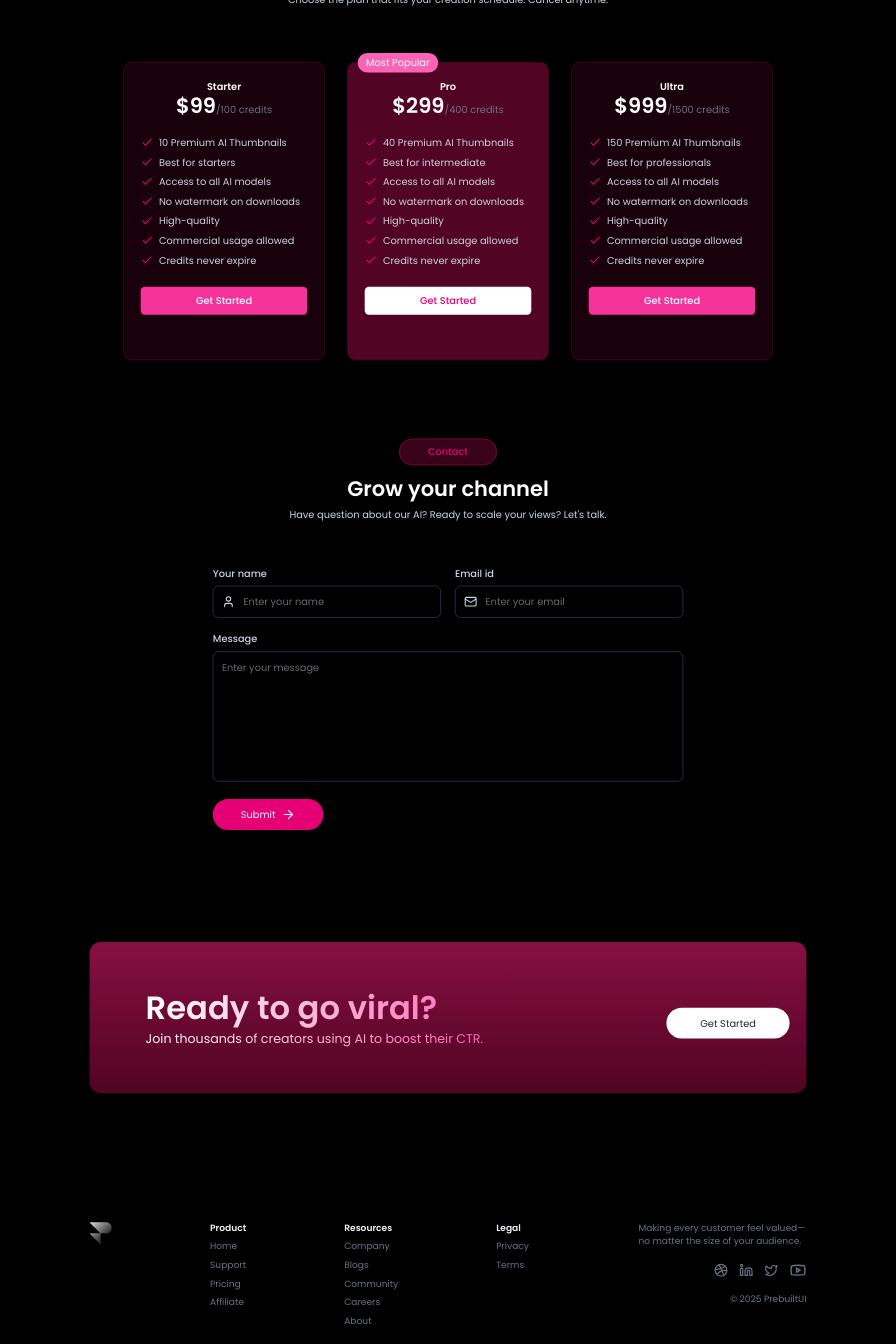
Repository: abhiraj33181/Thumblify
Page: / (app in client/)
An editor plug-in stored every save of this project. The page is shown before and after the next save, followed by the edit.
The browser window is 1280 px wide. The pictures show the part of the page from y = 3442 to 5362 px (the page is 5362 px tall), at 70% of full size.
The project was rebuilt for these pictures with package versions that can differ from the ones it lists, and the page was loaded fresh each time. Also part of the build but not shown: client/vite.config.ts.

Above is the page before, as saved 2026-01-08 10:05:27.

### client/index.html
<!doctype html>
<html lang="en">

<head>
    <meta charset="UTF-8" />
    <link rel="icon" href="/favicon.svg" type="image/x-icon" />
    <meta name="viewport" content="width=device-width, initial-scale=1.0" />
    <title>Thumblify - AI Thumbnail Generator</title>
</head>

<body>
    <div id="root"></div>
    <script type="module" src="/src/main.jsx"></script>
</body>

</html>

### client/src/main.tsx
import { createRoot } from 'react-dom/client'
import App from './App.js'
import { BrowserRouter } from 'react-router-dom'

createRoot(document.getElementById('root')!).render(
    <BrowserRouter>
        <App />
    </BrowserRouter>,
)

### client/src/App.tsx
import { Route, Routes } from "react-router-dom";
import HomePage from "./pages/HomePage";
import Navbar from "./components/Navbar";
import Footer from "./components/Footer";
import "./globals.css";
import LenisScroll from "./components/LenisScroll";

export default function App() {
    return (
        <>
            <LenisScroll />
            <Navbar />
            <Routes>
                <Route path="/" element={<HomePage />} />
            </Routes>
            <Footer />
        </>
    );
}

### client/src/pages/HomePage.tsx
import HeroSection from "../sections/HeroSection";
import FeaturesSection from "../sections/FeaturesSection";
import TestimonialSection from "../sections/TestimonialSection";
import PricingSection from "../sections/PricingSection";
import ContactSection from "../sections/ContactSection";
import CTASection from "../sections/CTASection";

export default function HomePage() {
    return (
        <>
            <HeroSection />
            <FeaturesSection />
            <TestimonialSection />
            <PricingSection />
            <ContactSection />
            <CTASection />
        </>
    );
}

### client/src/globals.css
@import url('https://fonts.googleapis.com/css2?family=Poppins:ital,wght@0,100;0,200;0,300;0,400;0,500;0,600;0,700;0,800;0,900;1,100;1,200;1,300;1,400;1,500;1,600;1,700;1,800;1,900&display=swap');
@import "tailwindcss";

@theme {
    --font-poppins: "Poppins", sans-serif;
}

body {
    @apply bg-black text-white text-sm antialiased font-poppins;
}

body::selection {
    @apply bg-pink-600 text-white;
}

button {
    @apply cursor-pointer;
}

.move-gradient {
    background-image: linear-gradient(to right, var(--color-pink-500), var(--color-pink-300));
    background-size: 200% 100%;
    animation: movegradient 5s infinite;
}

@keyframes movegradient {
    0% {
        background-position: 0% 50%;
    }
    50% {
        background-position: 100% 50%;
    }
    100% {
        background-position: 0% 50%;
    }
}

### client/src/components/LenisScroll.tsx
import { useEffect } from "react";
import Lenis from "lenis";

export default function LenisScroll() {
    useEffect(() => {
        const lenis = new Lenis({
            duration: 1.2,
            smoothWheel: true,
            anchors: {
                offset: -100,
            },
        });

        const raf = (time: number) => {
            lenis.raf(time);
            requestAnimationFrame(raf);
        };

        requestAnimationFrame(raf);

        return () => {
            lenis.destroy();
        };
    }, []);

    return null;
}

### client/src/sections/TestimonialSection.tsx
import SectionTitle from "../components/SectionTitle";
import TestimonialCard from "../components/TestimonialCard";
import { testimonialsData } from "../data/testimonial";
import type { ITestimonial } from "../types";
import Marquee from "react-fast-marquee";

export default function TestimonialSection() {
    return (
        <div id="testimonials" className="px-4 md:px-16 lg:px-24 xl:px-32">
            <SectionTitle text1="Testimonials" text2="Loved by creator" text3="See how our AI thumbnails are helping channels explode their views." />

            <Marquee className="max-w-5xl mx-auto mt-11" gradient={true} speed={25} gradientColor="#000">
                <div className="flex items-center justify-center py-5 overflow-hidden">
                    {[...testimonialsData, ...testimonialsData].map((testimonial: ITestimonial, index: number) => (
                        <TestimonialCard key={index} index={index} testimonial={testimonial} />
                    ))}
                </div>
            </Marquee>
            <Marquee className="max-w-5xl mx-auto" gradient={true} speed={25} direction="right" gradientColor="#000">
                <div className="flex items-center justify-center py-5 overflow-hidden">
                    {[...testimonialsData, ...testimonialsData].map((testimonial: ITestimonial, index: number) => (
                        <TestimonialCard key={index} index={index} testimonial={testimonial} />
                    ))}
                </div>
            </Marquee>

        </div>
    );
}

### client/src/sections/PricingSection.tsx
'use client'
import SectionTitle from "../components/SectionTitle"
import { pricingData } from "../data/pricing";
import type { IPricing } from "../types";
import { CheckIcon } from "lucide-react";
import { motion } from "motion/react";

export default function PricingSection() {
    return (
        <div id="pricing" className="px-4 md:px-16 lg:px-24 xl:px-32">
            <SectionTitle text1="Pricing" text2="Simple Pricing" text3="Choose the plan that fits your creation schedule. Cancel anytime." />

            <div className="flex flex-wrap items-center justify-center gap-8 mt-20">
                {pricingData.map((plan: IPricing, index: number) => (
                    <motion.div key={index} className={`w-72 text-center border border-pink-950 p-6 pb-16 rounded-xl ${plan.mostPopular ? 'bg-pink-950 relative' : 'bg-pink-950/30'}`}
                        initial={{ y: 150, opacity: 0 }}
                        whileInView={{ y: 0, opacity: 1 }}
                        viewport={{ once: true }}
                        transition={{ delay: index * 0.15, type: "spring", stiffness: 320, damping: 70, mass: 1 }}
                    >
                        {plan.mostPopular && (
                            <p className="absolute px-3 text-sm -top-3.5 left-3.5 py-1 bg-pink-400 rounded-full">Most Popular</p>
                        )}
                        <p className="font-semibold">{plan.name}</p>
                        <h1 className="text-3xl font-semibold">${plan.price}<span className="text-gray-500 font-normal text-sm">/{plan.credits} credits</span></h1>
                        <ul className="list-none text-slate-300 mt-6 space-y-2">
                            {plan.features.map((feature, index) => (
                                <li key={index} className="flex items-center gap-2">
                                    <CheckIcon className="size-4.5 text-pink-600" />
                                    <p>{feature}</p>
                                </li>
                            ))}
                        </ul>
                        <button type="button" className={`w-full py-2.5 rounded-md font-medium mt-7 transition-all ${plan.mostPopular ? 'bg-white text-pink-600 hover:bg-slate-200' : 'bg-pink-500 hover:bg-pink-600'}`}>
                            Get Started
                        </button>
                    </motion.div>
                ))}
            </div>
        </div>
    );
}

### client/src/sections/CTASection.tsx
'use client'
import { motion } from "motion/react";

export default function CTASection() {
    return (
        <motion.div className="max-w-5xl py-16 mt-40 md:pl-20 md:w-full max-md:mx-4 md:mx-auto flex flex-col md:flex-row max-md:gap-6 items-center justify-between text-left bg-linear-to-b from-pink-900 to-pink-950 rounded-2xl p-6 text-white"
            initial={{ y: 150, opacity: 0 }}
            whileInView={{ y: 0, opacity: 1 }}
            viewport={{ once: true }}
            transition={{ type: "spring", stiffness: 320, damping: 70, mass: 1 }}
        >
            <div>
                <motion.h1 className="text-4xl md:text-[46px] md:leading-15 font-semibold bg-linear-to-r from-white to-pink-400 text-transparent bg-clip-text"
                    initial={{ y: 80, opacity: 0 }}
                    whileInView={{ y: 0, opacity: 1 }}
                    viewport={{ once: true }}
                    transition={{ type: "spring", stiffness: 280, damping: 70, mass: 1 }}
                >
                    Ready to go viral?
                </motion.h1>
                <motion.p className="bg-linear-to-r from-white to-pink-400 text-transparent bg-clip-text text-lg"
                    initial={{ y: 80, opacity: 0 }}
                    whileInView={{ y: 0, opacity: 1 }}
                    viewport={{ once: true }}
                    transition={{ type: "spring", stiffness: 200, damping: 70, mass: 1 }}
                >
                    Join thousands of creators using AI to boost their CTR.
                </motion.p>
            </div>
            <motion.button className="px-12 py-3 text-slate-800 bg-white hover:bg-slate-200 rounded-full text-sm mt-4"
                initial={{ y: 80, opacity: 0 }}
                whileInView={{ y: 0, opacity: 1 }}
                viewport={{ once: true }}
                transition={{ type: "spring", stiffness: 280, damping: 70, mass: 1 }}
            >
                Get Started
            </motion.button>
        </motion.div>
    );
}

### client/src/data/footer.ts
import type { IFooter } from "../types";

export const footerData: IFooter[] = [
    {
        title: "Product",
        links: [
            { name: "Home", href: "#" },
            { name: "Support", href: "#support" },
            { name: "Pricing", href: "#pricing" },
            { name: "Affiliate", href: "#affiliate" },
        ]
    },
    {
        title: "Resources",
        links: [
            { name: "Company", href: "#company" },
            { name: "Blogs", href: "#blogs" },
            { name: "Community", href: "#community" },
            { name: "Careers", href: "#careers" },
            { name: "About", href: "#about" },
        ]
    },
    {
        title: "Legal",
        links: [
            { name: "Privacy", href: "#privacy" },
            { name: "Terms", href: "#terms" },
        ]
    }
];

### client/src/components/TiltImage.tsx
import { useRef, useState } from 'react';
import { motion, useMotionValue, useSpring } from 'motion/react';

const springValues = {
    damping: 30,
    stiffness: 100,
    mass: 2
};

export default function TiltedImage({ rotateAmplitude = 3, }) {
    const ref = useRef<HTMLDivElement>(null);
    const x = useMotionValue(0);
    const y = useMotionValue(0);
    const rotateX = useSpring(useMotionValue(0), springValues);
    const rotateY = useSpring(useMotionValue(0), springValues);
    const rotateFigcaption = useSpring(0, { stiffness: 350, damping: 30, mass: 1 });

    const [lastY, setLastY] = useState(0);

    function handleMouse(e: any) {
        if (!ref.current) return;

        const rect = ref.current.getBoundingClientRect();
        const offsetX = e.clientX - rect.left - rect.width / 2;
        const offsetY = e.clientY - rect.top - rect.height / 2;

        const rotationX = (offsetY / (rect.height / 2)) * -rotateAmplitude;
        const rotationY = (offsetX / (rect.width / 2)) * rotateAmplitude;

        rotateX.set(rotationX);
        rotateY.set(rotationY);

        x.set(e.clientX - rect.left);
        y.set(e.clientY - rect.top);

        const velocityY = offsetY - lastY;
        rotateFigcaption.set(-velocityY * 0.6);
        setLastY(offsetY);
    }

    function handleMouseLeave() {
        rotateX.set(0);
        rotateY.set(0);
        rotateFigcaption.set(0);
    }

    return (
        <motion.figure ref={ref} className="relative w-full h-full perspective-midrange mt-16 max-w-4xl mx-auto flex flex-col items-center justify-center" onMouseMove={handleMouse} onMouseLeave={handleMouseLeave}
            initial={{ y: 150, opacity: 0 }}
            whileInView={{ y: 0, opacity: 1 }}
            viewport={{ once: true }}
            transition={{ type: "spring", stiffness: 320, damping: 70, mass: 1 }}
        >
            <motion.div className="relative transform-3d w-full max-w-4xl" style={{ rotateX, rotateY }} >
                <motion.img src="/hero_img.png"
                    className="borderb bg-linear-180 from-pink-500 to transparent p-1 w-full rounded-[15px] will-change-transform transform-[translateZ(0)]"
                    alt="hero section showcase"
                />
            </motion.div>
        </motion.figure>
    );
}

### client/src/components/SectionTitle.tsx
import type { SectionTitleProps } from "../types";
import { motion } from "motion/react";

export default function SectionTitle({ text1, text2, text3 }: SectionTitleProps) {
    return (
        <>
            <motion.p className="text-center font-medium text-pink-600 mt-28 px-10 py-2 rounded-full bg-pink-950/70 border border-pink-800 w-max mx-auto"
                initial={{ y: 120, opacity: 0 }}
                whileInView={{ y: 0, opacity: 1 }}
                viewport={{ once: true }}
                transition={{ type: "spring", stiffness: 320, damping: 70, mass: 1 }}
            >
                {text1}
            </motion.p>
            <motion.h3 className="text-3xl font-semibold text-center mx-auto mt-4"
                initial={{ y: 120, opacity: 0 }}
                whileInView={{ y: 0, opacity: 1 }}
                viewport={{ once: true }}
                transition={{ type: "spring", stiffness: 280, damping: 70, mass: 1 }}
            >
                {text2}
            </motion.h3>
            <motion.p className="text-slate-300 text-center mt-2 max-w-xl mx-auto"
                initial={{ y: 120, opacity: 0 }}
                whileInView={{ y: 0, opacity: 1 }}
                viewport={{ once: true }}
                transition={{ type: "spring", stiffness: 240, damping: 70, mass: 1 }}
            >
                {text3}
            </motion.p>
        </>
    );
}

### client/src/data/features.tsx
import type { IFeature } from "../types";

export const featuresData: IFeature[] = [
    {
        icon: "/assets/zap-icon.svg",
        title: "Smart Analysis",
        description: "Our AI analyzes video content to suggest the most clickable concepts.",
    },
    {
        icon: "/assets/thumb-icon.svg",
        title: "Eye-Catching Designs",
        description: "Generate vibrant, high-contrast thumbnails that stand out in the feed.",
    },
    {
        icon: "/assets/shape-icon.svg",
        title: "Fully Editable",
        description: "Get fully layered designs you can tweak to perfection if needed.",
    },
];

### client/src/components/TestimonialCard.tsx
import { motion } from "motion/react";
import type { TestimonialCardProps } from "../types";

export default function TestimonialCard({ testimonial, index }: TestimonialCardProps) {
    return (
        <motion.div className="p-4 rounded-lg mx-4 w-72 shrink-0 bg-pink-950/30 border border-pink-950"
            initial={{ y: 150, opacity: 0 }}
            whileInView={{ y: 0, opacity: 1 }}
            viewport={{ once: true }}
            transition={{ delay: index * 0.15, type: "spring", stiffness: 320, damping: 70, mass: 1 }}
        >
            <div className="flex gap-2">
                <img className="size-11 rounded-full" src={testimonial.image} alt={testimonial.name} height={50} width={50} />
                <div className="flex flex-col">
                    <div className="flex items-center gap-1">
                        <p>{testimonial.name}</p>
                        <svg className="mt-0.5" width="12" height="12" viewBox="0 0 12 12" fill="none" xmlns="http://www.w3.org/2000/svg">
                            <path fillRule="evenodd" clipRule="evenodd" d="M4.555.72a4 4 0 0 1-.297.24c-.179.12-.38.202-.59.244a4 4 0 0 1-.38.041c-.48.039-.721.058-.922.129a1.63 1.63 0 0 0-.992.992c-.071.2-.09.441-.129.922a4 4 0 0 1-.041.38 1.6 1.6 0 0 1-.245.59 3 3 0 0 1-.239.297c-.313.368-.47.551-.56.743-.213.444-.213.96 0 1.404.09.192.247.375.56.743.125.146.187.219.24.297.12.179.202.38.244.59.018.093.026.189.041.38.039.48.058.721.129.922.163.464.528.829.992.992.2.071.441.09.922.129.191.015.287.023.38.041.21.042.411.125.59.245.078.052.151.114.297.239.368.313.551.47.743.56.444.213.96.213 1.404 0 .192-.09.375-.247.743-.56.146-.125.219-.187.297-.24.179-.12.38-.202.59-.244a4 4 0 0 1 .38-.041c.48-.039.721-.058.922-.129.464-.163.829-.528.992-.992.071-.2.09-.441.129-.922a4 4 0 0 1 .041-.38c.042-.21.125-.411.245-.59.052-.078.114-.151.239-.297.313-.368.47-.551.56-.743.213-.444.213-.96 0-1.404-.09-.192-.247-.375-.56-.743a4 4 0 0 1-.24-.297 1.6 1.6 0 0 1-.244-.59 3 3 0 0 1-.041-.38c-.039-.48-.058-.721-.129-.922a1.63 1.63 0 0 0-.992-.992c-.2-.071-.441-.09-.922-.129a4 4 0 0 1-.38-.041 1.6 1.6 0 0 1-.59-.245A3 3 0 0 1 7.445.72C7.077.407 6.894.25 6.702.16a1.63 1.63 0 0 0-1.404 0c-.192.09-.375.247-.743.56m4.07 3.998a.488.488 0 0 0-.691-.69l-2.91 2.91-.958-.957a.488.488 0 0 0-.69.69l1.302 1.302c.19.191.5.191.69 0z" fill="#2196F3" />
                        </svg>
                    </div>
                    <span className="text-xs text-slate-500">{testimonial.handle}</span>
                </div>
            </div>
            <p className="text-sm pt-4 text-slate-500 line-clamp-2">
                {testimonial.quote}
            </p>
        </motion.div>
    );
}

### client/src/data/testimonial.ts
import type { ITestimonial } from "../types";

export const testimonialsData: ITestimonial[] = [
    {
        image: 'https://images.unsplash.com/photo-1633332755192-727a05c4013d?q=80&w=200',
        name: 'Sophia Carter',
        handle: '@sophiacodes',
        date: 'February 14, 2025',
        quote: 'This SaaS app has completely streamlined our onboarding process. What used to take hours now takes minutes!',
    },
    {
        image: 'https://images.unsplash.com/photo-1535713875002-d1d0cf377fde?q=80&w=200',
        name: 'Ethan Walker',
        handle: '@ethanwrites',
        date: 'March 3, 2025',
        quote: 'We’ve tried several tools, but nothing comes close in terms of speed and simplicity. Absolute game-changer.',
    },
    {
        image: 'https://images.unsplash.com/photo-1527980965255-d3b416303d12?w=200&auto=format&fit=crop&q=60',
        name: 'Maya Patel',
        handle: '@mayapatel',
        date: 'April 22, 2025',
        quote: 'The automation features alone have saved our team countless hours every week. Worth every penny.',
    },
    {
        image: 'https://images.unsplash.com/photo-1522075469751-3a6694fb2f61?w=200&auto=format&fit=crop&q=60',
        name: 'Liam Brooks',
        handle: '@liambrooks',
        date: 'May 18, 2025',
        quote: 'Setup was ridiculously easy. Within 10 minutes, we were running live and onboarding our first customers.',
    },
];

### client/src/data/pricing.ts
import type { IPricing } from "../types";

export const pricingData: IPricing[] = [
    {
        name: "Starter",
        price: 99,
        period: "one-time",
        credits: 100,
        features: [
            "10 Premium AI Thumbnails",
            "Best for starters",
            "Access to all AI models",
            "No watermark on downloads",
            "High-quality",
            "Commercial usage allowed",
            "Credits never expire"
        ],
        mostPopular: false
    },
    {
        name: "Pro",
        price: 299,
        period: "one-time",
        credits: 400,
        features: [
            "40 Premium AI Thumbnails",
            "Best for intermediate",
            "Access to all AI models",
            "No watermark on downloads",
            "High-quality",
            "Commercial usage allowed",
            "Credits never expire"
        ],
        mostPopular: true
    },
    {
        name: "Ultra",
        price: 999,
        period: "one-time",
        credits: 1500,
        features: [
            "150 Premium AI Thumbnails",
            "Best for professionals",
            "Access to all AI models",
            "No watermark on downloads",
            "High-quality",
            "Commercial usage allowed",
            "Credits never expire"
        ],
        mostPopular: false
    }
];

Loaded but not shown: client/src/sections/FeaturesSection.tsx (69 lines, source omitted); client/src/sections/HeroSection.tsx (79 lines, source omitted); client/src/components/Footer.tsx (59 lines, source omitted); client/src/sections/ContactSection.tsx (59 lines, source omitted); client/src/components/Navbar.tsx (52 lines, source omitted)

After the next save:
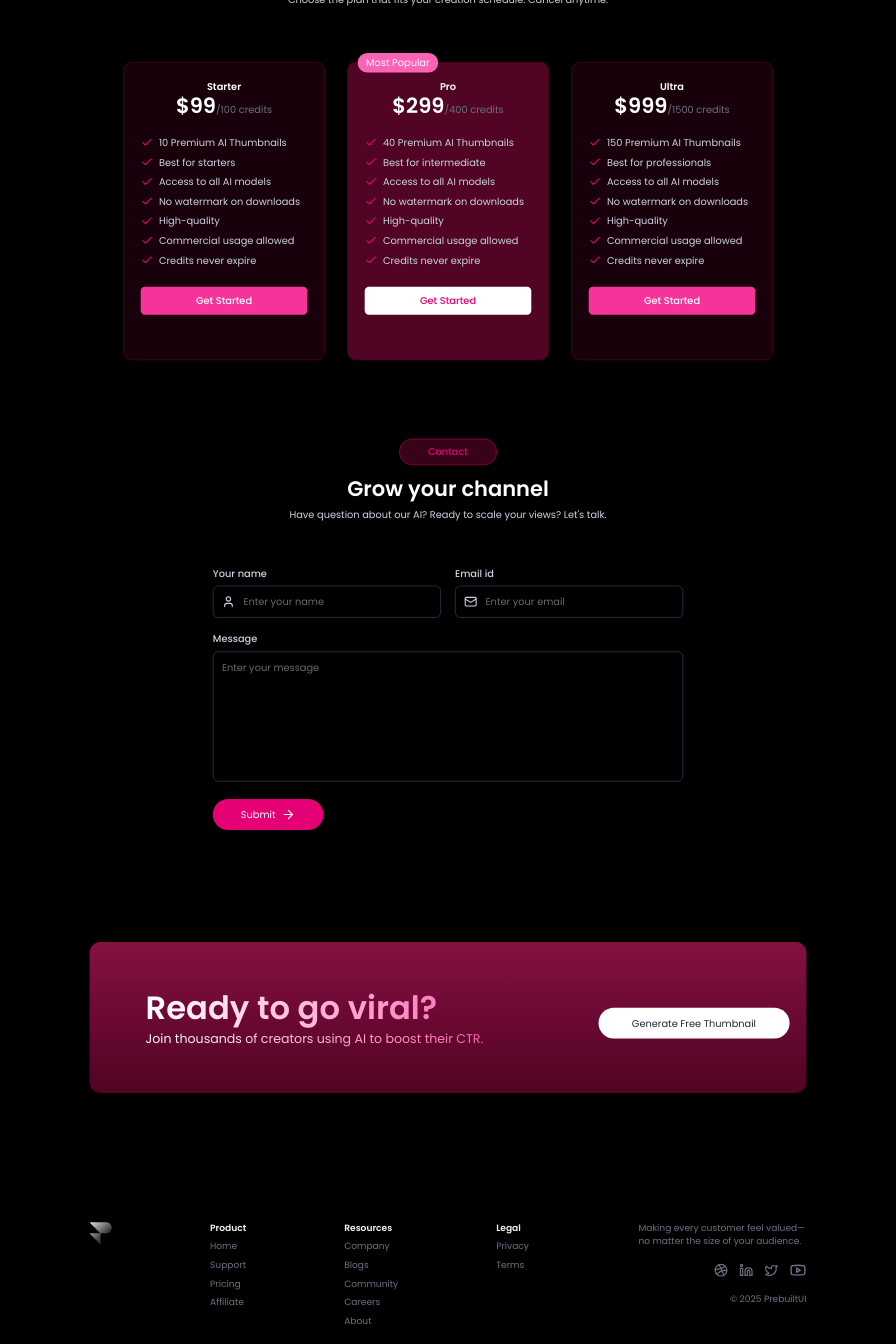
Saved 78 s later.
--- a/client/src/sections/CTASection.tsx
+++ b/client/src/sections/CTASection.tsx
@@ -1,7 +1,12 @@
 'use client'
 import { motion } from "motion/react";
+import { useNavigate } from "react-router-dom";
 
 export default function CTASection() {
+
+    const navigate = useNavigate()
+
+
     return (
         <motion.div className="max-w-5xl py-16 mt-40 md:pl-20 md:w-full max-md:mx-4 md:mx-auto flex flex-col md:flex-row max-md:gap-6 items-center justify-between text-left bg-linear-to-b from-pink-900 to-pink-950 rounded-2xl p-6 text-white"
             initial={{ y: 150, opacity: 0 }}
@@ -27,13 +32,13 @@ export default function CTASection() {
                     Join thousands of creators using AI to boost their CTR.
                 </motion.p>
             </div>
-            <motion.button className="px-12 py-3 text-slate-800 bg-white hover:bg-slate-200 rounded-full text-sm mt-4"
+            <motion.button onClick={() => navigate('/generate')} className="px-12 py-3 text-slate-800 bg-white hover:bg-slate-200 rounded-full text-sm mt-4"
                 initial={{ y: 80, opacity: 0 }}
                 whileInView={{ y: 0, opacity: 1 }}
                 viewport={{ once: true }}
                 transition={{ type: "spring", stiffness: 280, damping: 70, mass: 1 }}
             >
-                Get Started
+                Generate Free Thumbnail
             </motion.button>
         </motion.div>
     );
